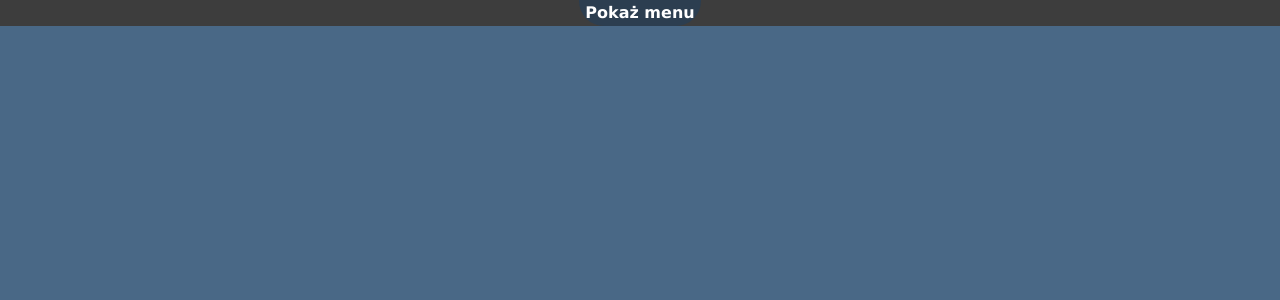
Repository: K4ziWolf/kazi
Page: /
The author's editor kept a copy of each file at every save. The page is drawn from the files as they stood at one save, then again after the next save.
The browser window is 1280 px wide. The pictures show the whole page.
The project was rebuilt for these pictures with package versions that can differ from the ones it lists, and the page was loaded fresh each time. Also part of the build but not shown: vue.config.js, src/components/menu_screen.vue, src/components/login_screen.vue, src/components/option_screen.vue.

Above is the page before, as saved 2023-10-20 21:51:37.

### src/App.vue
<template>
<body>
  <section>
  <div id="container" class="col-md-12">
    <div class="d-flex flex-column text-white" style="background-color: rgb(61, 61, 61)">
    <div class="x-btn"><button class="xd-btn" v-bind:class="open_menu_button " @click="showMenuScreen" >Pokaż menu</button>
      <menu_screen v-if="isMenuScreenVisible" @hide-menu-screen="hideMenuScreen" @show-login-screen="showLoginScreen" @change-theme="changeTheme" @option-open="optionOpener">
    </menu_screen>

    <div> <!--menu_scree i login_screen odpowiedzialne są za pokazywanie się tych komponentów-->
      <login_screen v-if="isLoginScreenVisible" @hide-login-screen="hideLoginScreen">
      </login_screen>
    </div>
    <option_screen v-if="isOptionScreenVisible" @hide-option-screen="HideOptionScreen">
      </option_screen>
  </div>
  </div>
  </div>
  </section>
</body>
</template>

<script>
import menu_screen from './components/menu_screen.vue';
import login_screen from './components/login_screen.vue';
import option_screen from './components/option_screen.vue';
export default {
  components: {
    menu_screen,
    login_screen,
    option_screen,
  },
  data() {
    return {
      open_menu_button: "show",
      open_login_button: "show",
      isLoginScreenVisible: false,
      isMenuScreenVisible: false,
      changecolor:0,
      isOptionScreenVisible: false,
    };
  },
  methods: {
    optionOpener(){
      this.isOptionScreenVisible = true;
    },
    HideOptionScreen(){
      setTimeout(() => {
      this.isOptionScreenVisible = false;
      }, 1000);
    },
    changeTheme() {
        this.changecolor += 1;
      if (this.changecolor % 2 === 0) {
        document.body.style.backgroundColor = 'blue';
      } else {
        document.body.style.backgroundColor = 'red';
      }
    },
    showMenuScreen() { //funkcja pokazująca menu
      this.isMenuScreenVisible = true;
      this.open_menu_button = "hidden";
      this.open_login_button = "show";
    },
    hideMenuScreen() {
      setTimeout(() => { //timeout aby animacja była płynna
        this.open_menu_button = "show";
        this.isMenuScreenVisible = false;
      }, 1200);
    },
    showLoginScreen() {
      this.isLoginScreenVisible = true;
      setTimeout(() => {
      this.isMenuScreenVisible = false;
      }, 1000);
    },
    hideLoginScreen() {
      setTimeout(() => {
        this.open_login_button = "show";
        this.open_menu_button ='show'
        this.isLoginScreenVisible = false;
      }, 1500);
    },
  },
};
</script>

<style>
@import '/src/style.css';

#app {
  font-family: Avenir, Helvetica, Arial, sans-serif;
  -webkit-font-smoothing: antialiased;
  -moz-osx-font-smoothing: grayscale;
  text-align: center;
  color: #2c3e50;
}
.show {
  opacity: 1;
  animation: show_button 0.4s;
}
@keyframes show_button {
  from {
    opacity: 0;
  }
  to {
    opacity: 1;
  }
}
.hidden {
  animation: hide_button 0.4s;
  opacity: 0;
}
@keyframes hide_button {
  from {
    opacity: 1;
  }
  to {
    opacity: 0;
  }
}
body { /*testy moje do zmiany */
  height: 100%;
  width: 100%;
  background-color: rgb(127, 247, 207);
}
.x-btn {
  background-color: rgb(61, 61, 61);

}
.xd-btn {
  text-decoration: none;
  border: none;
  font-family: Verdana, Geneva, Tahoma, sans-serif;
  background-color: #2c3e50;
  border-bottom-left-radius: 25px;
  border-bottom-right-radius: 25px;
  color: white;
  font-weight: bolder;

}
html {
  background-color: #496886;
}
</style>

### src/style.css
template {
    background-color: aqua;
}

Loaded but not shown: public/index.html (common file); src/main.js (common file)

After the next save:
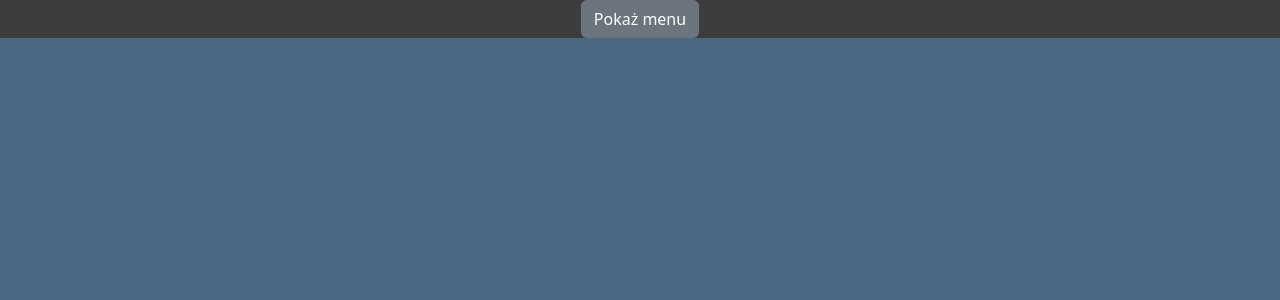
Saved 78 s later.
--- a/src/App.vue
+++ b/src/App.vue
@@ -2,10 +2,13 @@
 <body>
   <section>
   <div id="container" class="col-md-12">
-    <div class="d-flex flex-column text-white" style="background-color: rgb(61, 61, 61)">
-    <div class="x-btn"><button class="xd-btn" v-bind:class="open_menu_button " @click="showMenuScreen" >Pokaż menu</button>
+    <div class="d-flex flex-column text-white" style="background-color: rgb(61, 61, 61) ">
+    <div class="x-btn">
+      <button class="btn btn-outline-secondary" v-bind:class="open_menu_button " @click="showMenuScreen" >
+        Pokaż menu
+      </button>
       <menu_screen v-if="isMenuScreenVisible" @hide-menu-screen="hideMenuScreen" @show-login-screen="showLoginScreen" @change-theme="changeTheme" @option-open="optionOpener">
-    </menu_screen>
+      </menu_screen>
 
     <div> <!--menu_scree i login_screen odpowiedzialne są za pokazywanie się tych komponentów-->
       <login_screen v-if="isLoginScreenVisible" @hide-login-screen="hideLoginScreen">
